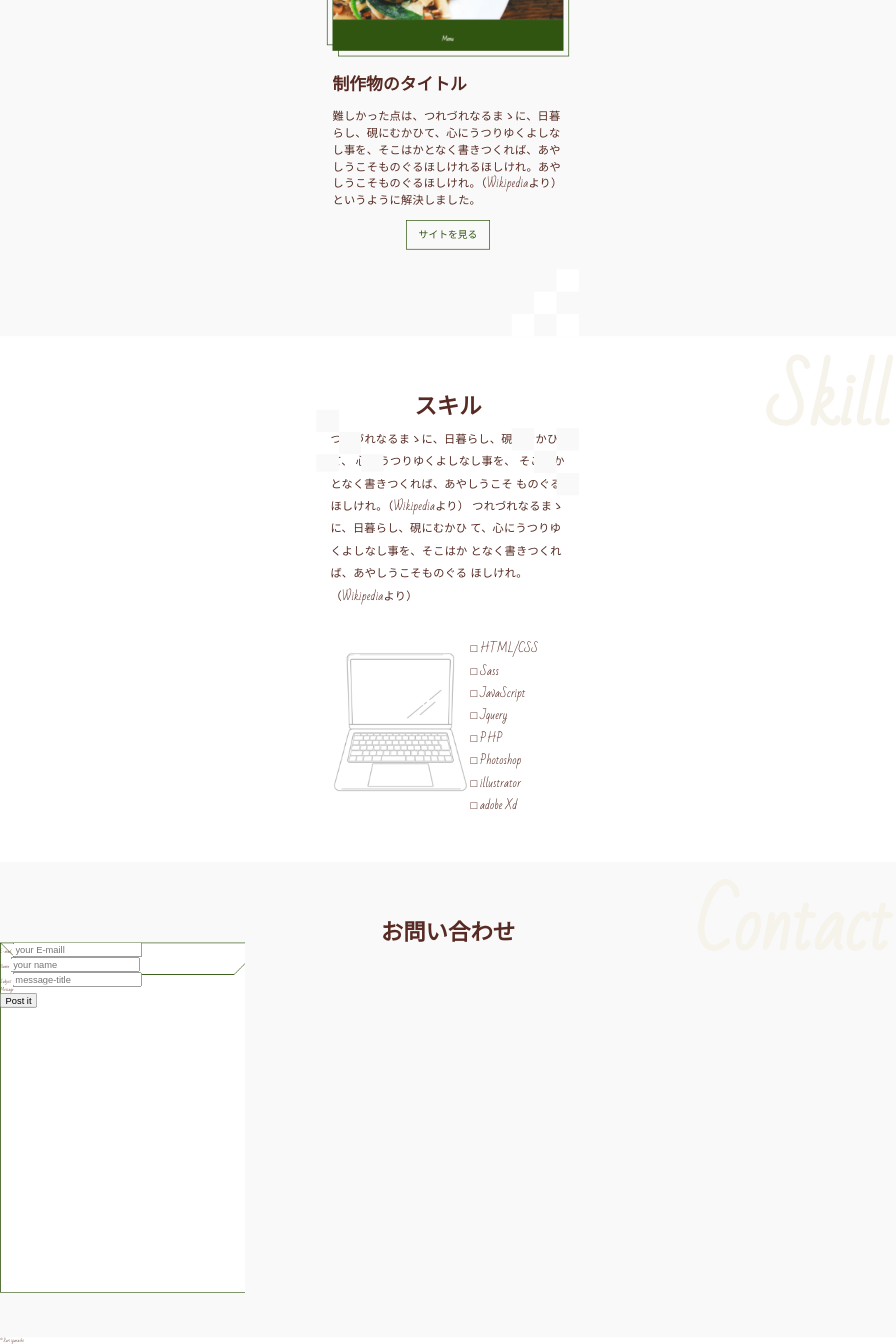
Repository: ppmp556/igarashi.kakuu
Page: index.html
These files come from the project's save history. The page is drawn as it stood at one moment and after the next save; the edit follows.
The browser window is 1280 px wide. The pictures show the part of the page from y = 3261 to 5181 px (the page is 5181 px tall), at 70% of full size.
Some web libraries are served in a nearby version. The style sheet was rebuilt from its Sass, Less or Tailwind sources for each picture, by a compiler version that may differ from the author's.

Above is the page before, as saved 2020-10-27 11:24:05.
Console error: TypeError: Cannot read properties of null (reading 'addEventListener')

After the next save:
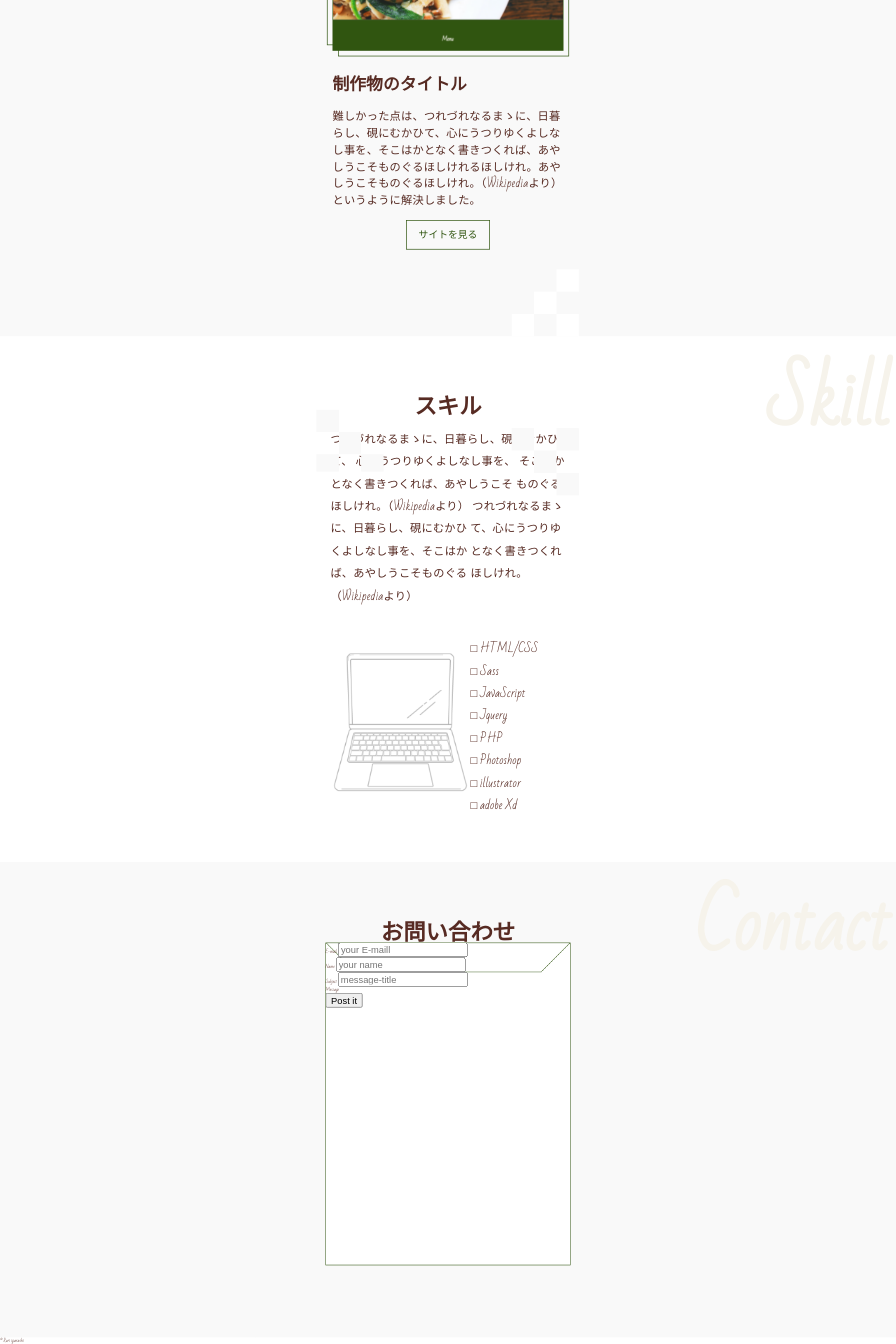
Saved 2 min 15 s later.
--- a/scss/style.scss
+++ b/scss/style.scss
@@ -779,6 +779,8 @@ contact
         background: url(../images/cotact564/564.png) no-repeat;
         width: 350px;
         height: 500px;
+        margin: 0 auto;
+        background-size: contain;
         // background-size: cover;
     }
 }
